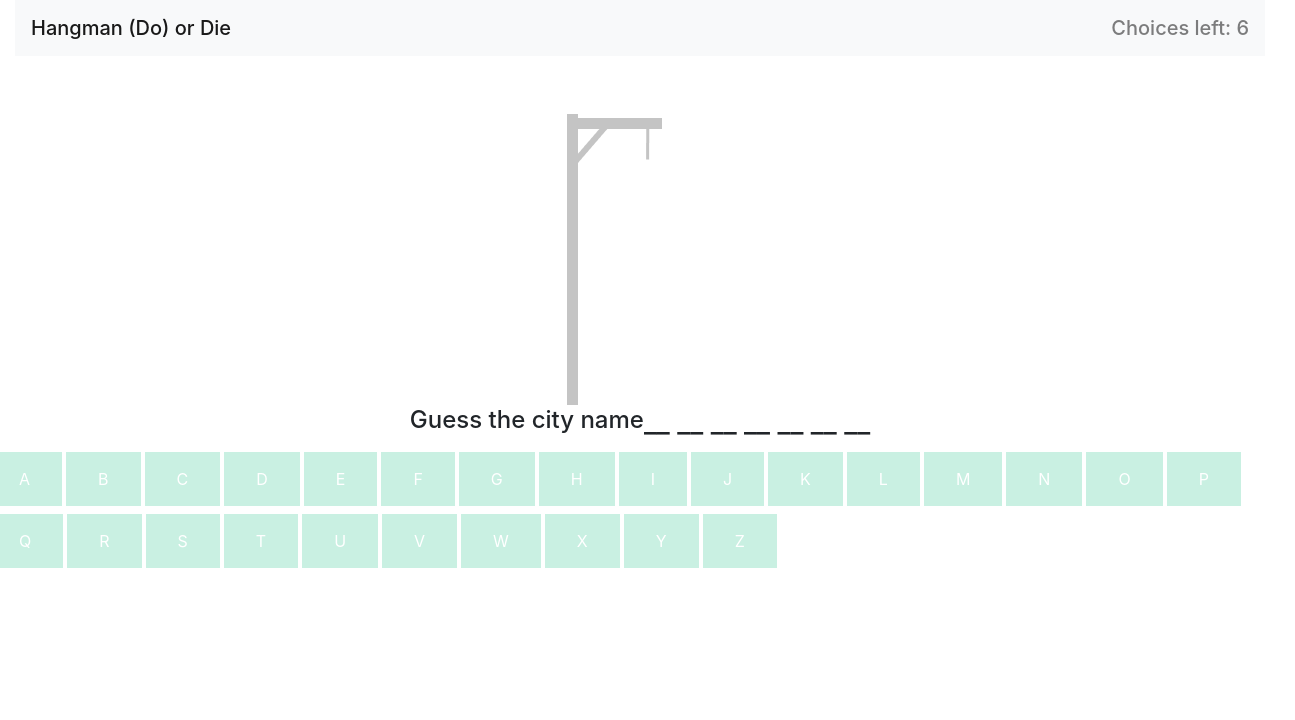
Repository: jatinhchanchlani/hangman
Page: /
These files come from the project's save history. The page is drawn as it stood at one moment and after the next save; the edit follows.
The browser window is 1280 px wide. The page is 1295 px wide, so the pictures cover 1295 px, including what lies to the right of the window. The pictures show the whole page.
The project was rebuilt for these pictures with package versions that can differ from the ones it lists, and the page was loaded fresh each time. Also part of the build but not shown: src/App.css, src/components/reset.jsx.

Above is the page before, as saved 2020-10-25 17:40:21.

After the next save:
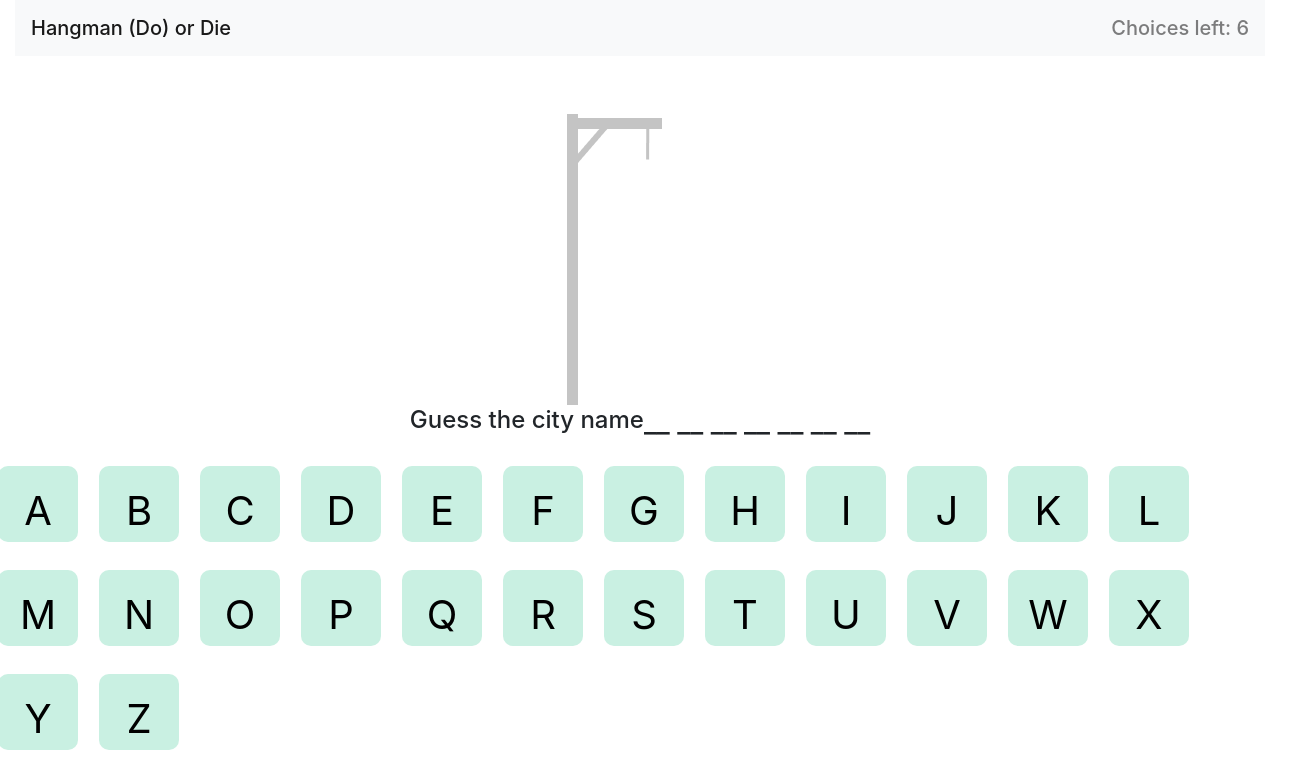
Saved 28 s later.
--- a/src/css/letters.css
+++ b/src/css/letters.css
@@ -1,18 +1,13 @@
 .letter-button {
     border: none;
-    color: white;
-    padding: 15px 32px;
-    text-align: center;
-    text-decoration: none;
-    display: inline-block;
-    font-size: 16px;
-    margin: 4px 2px;
+    font-family: inherit;
+    font-size: 2.5rem;
     cursor: pointer;
-    -webkit-transition-duration: 0.4s;
-    /* Safari */
-    transition-duration: 0.4s;
+    width: 5rem;
+    margin: 18px 8px 10px 13px;
+    letter-spacing: 0;
+    outline: none;
+    color: #000;
+    border-radius: 10px;
+    padding-top: 15px;
 }
-
-.letter-button:hover {
-    box-shadow: 0 12px 16px 0 rgba(0, 0, 0, 0.24), 0 17px 50px 0 rgba(0, 0, 0, 0.19);
-}
